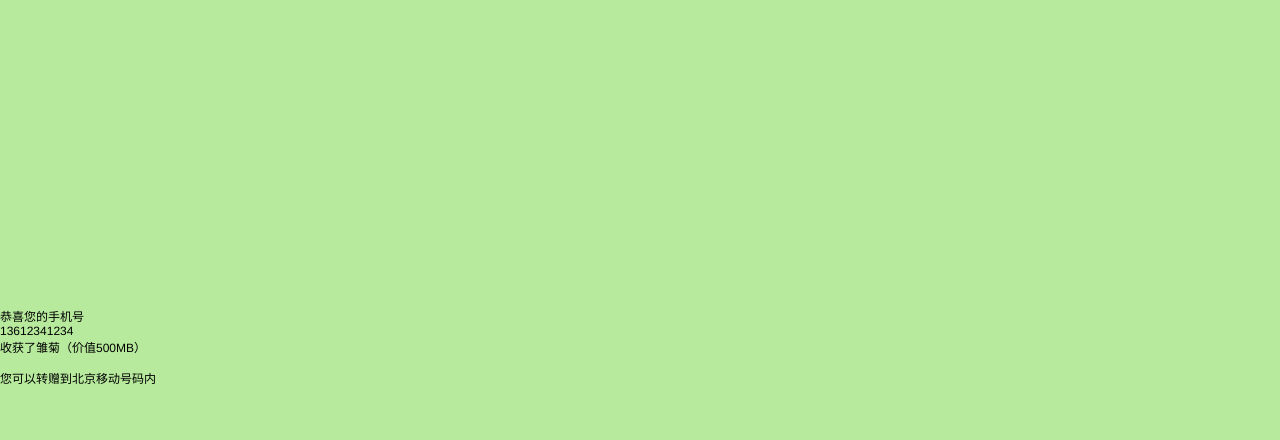
Repository: wangbiaozy/zh
Page: index.html
An editor plug-in stored every save of this project. The page is shown before and after the next save, followed by the edit.
The browser window is 1280 px wide. The pictures show the whole page.

Above is the page before, as saved 2019-03-18 17:36:00.
Console error: TypeError: Cannot read properties of undefined (reading 'style')

### index.html
<!DOCTYPE html>
<html lang="en">

<head>
    <meta charset="UTF-8">
    <meta name="viewport" content="width=device-width, initial-scale=1.0, maximum-scale=1.0, minimum-scale=1.0, user-scalable=no, viewport-fit=cover">
    <meta http-equiv="X-UA-Compatible" content="ie=edge">
    <title>北京移动</title>
    <link rel="stylesheet" href="css/reset.min.css">
    <link rel="stylesheet/less" href="css/styles.less">
    <script src="js/less-1.7.0.min.js"></script>
    <script src="js/jquery-1.10.1.min.js"></script>
    <script src="js/imgLoader.js"></script>
    <script>
        imgLoader([
            'images/banner.png',
            'images/bdsjh.png',
            'images/bg_01.png',
            'images/bg_02.png',
            'images/btn_cj.png',
            'images/btn_cjhd.png',
            'images/btn_dhff.png',
            'images/btn_dl.png',
            'images/btn_fshy.png',
            'images/btn_lj.png',
            'images/btn_qd.png',
            'images/btn_qdl.png',
            'images/btn_qr.png',
            'images/btn_qx.png',
            'images/btn_xg.png',
            'images/btn_zz.png',
            'images/c1.png',
            'images/c2.png',
            'images/c3.png',
            'images/c4.png',
            'images/c5.png',
            'images/card_1.png',
            'images/card_2.png',
            'images/card_3.png',
            'images/card_4.png',
            'images/card_5.png',
            'images/card.png',
            'images/close.png',
            'images/default.jpg',
            'images/erweima.png',
            'images/fire.gif',
            'images/fri_bg_01.png',
            'images/fri_bg_02.png',
            'images/fri_bg_03.png',
            'images/gongxi.png',
            'images/guang1.png',
            'images/guang2.png',
            'images/hdgz.png',
            'images/home_bg_01.png',
            'images/home_bg_02.png',
            'images/home_bg_03.png',
            'images/hyzl.png',
            'images/longjiao.png',
            'images/longshen.png',
            'images/longtou.png',
            'images/longwei.png',
            'images/longzhu.png',
            'images/longzhua.png',
            'images/rule_btn.png',
            'images/share.png',
            'images/sjhm.png',
            'images/start_btn.png',
            'images/submit.png',
            'images/tc_1_text.png',
            'images/tc_bg.png',
            'images/tc_card.png',
            'images/tc_title_1.png',
            'images/tc_title_2.png',
            'images/tc_title_3.png',
            'images/xxqr.png',
            'images/yun_1.png',
            'images/yun_2.png',
            'images/yun_3.png',
            'images/yun.png',
            'images/yzm.png'
        ], function (percentage) {
            var percentT = percentage * 100;
            $('.loader_info').html('Loading ' + (parseInt(percentT)) + '%');
            $('.loader_progress')[0].style.width = percentT + '%';
            if (percentage == 1) {
                /* $('.loader').remove();
                $('.home').show(); */
            }
        });
    </script>
</head>
<body>
    <!--loading-->
    <!-- <section class="loader">
        <div class="loader_info"></div>
        <div>
            <div class="loader_progress"></div>
        </div>
    </section> -->
    <!-- 首页 -->
    <section id="home" class="home">
        <div>
            <a href="javascript: void(0)" class="rule-btn"></a>
        </div>
        <div>
            <div></div>
        </div>
        <div>
            <a href="javascript: void(0)" id="start-btn"></a>
            <div>
                <p id="countDown"><i>倒计时：</i><span>7</span>天<span>00</span>时<span>00</span>分<span>00</span>秒</p>
            </div>
            <p>4月8日-4月14日&nbsp;&nbsp;&nbsp;&nbsp;活动将于4月14日结束，务必到期前领取</p>
        </div>
    </section>
    <!-- 活动规则页 -->
    <section id="rule" class="rule">
        <div>
            <div></div>
            <div>
                <ul>
                    <li>
                        <h3>一 活动时间：</h3>
                        <p>即日起——4月14日</p>
                        <h3>二 活动介绍：</h3>
                        <p>活动期间，用户通过北京移动微信公众号，可参与“天天种花得流量”活动。用户每天可获得一颗种子，通过添加物料（水、阳光、肥料），完成种植，收获花朵并获得对应流量奖品。</p>
                        <p>获取物料方法：</p>
                        <p>1、用户首次参与活动可领取水、阳光、肥料各1份。</p>
                        <p>2、分享活动给好友，邀请其助力赠送，可获得更多物料。（好友助力次数不限，但为同一用户仅可助力一次。）</p>
                        <h3>三 奖品规则：</h3>
                        <p>活动奖品包含：100MB、200MB、500MB、1GB、2GB、3GB全国流量，及部分免费业务体验资格、优惠业务办理资格。</p>
                        <p>（一）流量奖品</p>
                        <p>1.流量档位包括100MB、200MB、500MB、1GB、2GB、3GB全国流量；</p>
                        <p>2.奖品将于领取后15日内，自动充入用户的微信关注绑定手机号，流量自充入日起生效，有效期至本月月末；</p>
                        <p>3.活动赠送套外国内流量，优先级低于主套餐、可选包、短促包、定向流量包等，赠送流量无法共享，不可结转；</p>
                        <p>4.处于保留期、保号期、挂失、申停、欠停、转品牌过渡期的手机号；物联网卡、4G超级日租卡套餐、神州行开心听、语音套餐卡、神州行B标准资费基本策划等特殊资费用户无法领取赠送流量；</p>
                        <p>5.赠送流量每月仅可领取100次，超出上限不可领取；</p>
                        <p>6.北京移动用户抽中流量奖品后，自动充入关注绑定账户。非北京移动用户抽中流量奖品后可以转赠给北京移动手机号码。</p>
                        <p>（二）其它奖品</p>
                        <p>规则详见各奖品办理页面</p>
                        <p>温馨提示：</p>
                        <p>1、活动将于4月14日结束，请您务必于活动结束前完成领奖，逾期视为自动放弃奖品。</p>
                        <p>2、活动页面内可手动关闭活动提醒。如不关闭，默认每天发放服务通知，提醒用户活动状态已更新。</p>
                    </li>
                </ul>
                <a href="javascript:void(0)">确定</a>
            </div>
        </div>
        <div></div>
    </section>
    <!-- 主页 -->
    <section id="main" class="main">
        <div>
            <a href="javascript:void(0)" class="rule-btn"></a>
            <a href="javascript:void(0)" class="method-btn"></a>
            <div>
                <a href="javascript:void(0)"></a>
                <p>活动通知</p>
            </div>
        </div>
        <div>
            <div></div>
        </div>
        <div>
            <ul>
                <li>
                    <span>3</span>
                </li>
                <li>
                    <span>3</span>
                </li>
                <li>
                    <span>3</span>
                </li>
            </ul>
            <ul>
                <li>奖励花园</li>
                <li>获取能量</li>
            </ul>
        </div>
        <div>
            <h3></h3>
            <ul>
                <p>您还没有好友给您助力哦~</p>
                <!-- <li>
                    <div>
                        <img src="./images/fri_default.png" alt="">
                    </div>
                    <p>胖子胖子胖子胖子</p>
                    <p>帮忙增加了<span>肥料</span></p>
                    <p>3月1日</p>
                </li> -->
            </ul>
        </div>
    </section>
    <!-- 玩法锦囊页 -->
    <section id="method" class="method">
        <div></div>
        <div></div>
        <div></div>
        <div></div>
        <div></div>
        <a href="javascript: void(0)">确定</a>
    </section>
    <!-- 我的奖励花园页 -->
    <section id="gift" class="gift">
        <div>
            <div>
                <div></div>
                <ul>
                    <li>
                        <img src="./images/flower_0.png" alt="">
                        <a href="javascript: void(0)"></a>
                    </li>
                    <li>
                        <img src="./images/flower_0.png" alt="">
                        <a href="javascript: void(0)"></a>
                    </li>
                    <li>
                        <img src="./images/flower_0.png" alt="">
                        <a href="javascript: void(0)"></a>
                    </li>
                    <li>
                        <img src="./images/flower_0.png" alt="">
                        <a href="javascript: void(0)"></a>
                    </li>
                    <li>
                        <img src="./images/flower_0.png" alt="">
                        <a href="javascript: void(0)"></a>
                    </li>
                    <li>
                        <img src="./images/flower_0.png" alt="">
                        <a href="javascript: void(0)"></a>
                    </li>
                    <li>
                        <img src="./images/flower_0.png" alt="">
                        <a href="javascript: void(0)"></a>
                    </li>
                </ul>
                <div></div>
                <a href="javascript: void(0)">返回</a>
            </div>
        </div>
        <div></div>
    </section>
    <!-- 二维码页 -->
    <section id="code" class="code">
        <div>
            <div>
                <div>
                    <p>亲爱的用户<br>天天种花得流量活动邀你参加<br>天天有惊喜哦~</p>
                </div>
                <div>
                    <div>
                        <img src="./images/erweima.jpg" alt="">
                    </div>
                </div>
            </div>
        </div>
        <div></div>
    </section>
    <!-- 添加物料弹窗 -->
    <section class="model addModel message-model">
        <div>
            <p>您已成功为种子<br><span>添加了阳光</span><br>种子已进入<span>成熟</span>期<br>快来看看吧</p>
        </div>
        <a href="javascript: void(0)">确定</a>
    </section>
    <!-- 发送好友弹窗 -->
    <section class="model to-friend message-model">
        <div>
            <p>您需要积攒能量<br>才能种出神秘花朵<br>还有抽大奖的机会哦<br>快请好友帮忙吧</p>
        </div>
        <a href="javascript:void(0)">发送好友</a>
    </section>
    <!-- 开始 种子弹窗 -->
    <section class="model tc-0">
        <div>
            <p>恭喜您已经播种了<br>一颗神秘种子<br>快去养育TA～</p>
            <div></div>
            <p>看看可以收获什么花吧！！</p>
            <p>送您阳光、水壶、肥料各一份</p>
        </div>
        <a href="javascript:void(0)">确定</a>
    </section>
    <!-- 本网获得流量弹窗 -->
    <section class="model tc-1">
        <div>
            <p>恭喜您的手机号</p>
            <p>15910943650</p>
            <p>收货了<span>雏菊</span>（价值<span>500MB</span>）</p>
            <img src="./images/flower_tc_1.png" alt="">
            <p>流量将于7日内到账</p>
            <p>有效期至本月月末</p>
            <a href=""></a>
        </div>
        <a href="javascript:void(0)">确定</a>
    </section>
    <!-- 异网流量弹窗 1-->
    <section class="model tc-2">
        <div>
            <p>恭喜您的手机号</p>
            <p>13612341234</p>
            <p>收获了雏菊（价值<span>500MB</span>）</p>
            <img src="" alt="">
            <p>您可以转赠到北京移动号码内</p>
        </div>
    </section>
    <!-- 分享浮层 -->
    <section class="share">
        <div>
            <span></span>
        </div>
    </section>
    <!-- 遮罩层 -->
    <section class="mask" id="mask"></section>
</body>
</html>
<script src="js/index.js"></script>

### css/reset.min.css
@charset "utf-8";
/*默认样式清除和初始化*/
body,h1,h2,h3,h4,h5,h6,hr,p,blockquote,dl,dt,dd,ul,ol,li,button,input,textarea,th,td{margin:0;padding:0}body{font-size:12px;font-style:normal;font-family:"\5FAE\8F6F\96C5\9ED1",Helvetica,sans-serif}small{font-size:12px}h1{font-size:18px}h2{font-size:16px}h3{font-size:14px}h4,h5,h6{font-size:100%}ul,ol{list-style:none}a{text-decoration:none;background-color:transparent}a:hover,a:active{outline-width:0;text-decoration:none}table{border-collapse:collapse;border-spacing:0}hr{border:0;height:1px}img{border-style:none}img:not([src]){display:none}svg:not(:root){overflow:hidden}html{-webkit-touch-callout:none;-webkit-text-size-adjust:100%}input,textarea,button,a{-webkit-tap-highlight-color:rgba(0,0,0,0)}article,aside,details,figcaption,figure,footer,header,main,menu,nav,section,summary{display:block}audio,canvas,progress,video{display:inline-block}audio:not([controls]),video:not([controls]){display:none;height:0}progress{vertical-align:baseline}mark{background-color:#ff0;color:#000}sub,sup{position:relative;font-size:75%;line-height:0;vertical-align:baseline}sub{bottom:-0.25em}sup{top:-0.5em}button,input,select,textarea{font-size:100%;outline:0}button,input{overflow:visible}button,select{text-transform:none}textarea{overflow:auto}button,html [type="button"],[type="reset"],[type="submit"]{-webkit-appearance:button}button::-moz-focus-inner,[type="button"]::-moz-focus-inner,[type="reset"]::-moz-focus-inner,[type="submit"]::-moz-focus-inner{border-style:none;padding:0}button:-moz-focusring,[type="button"]:-moz-focusring,[type="reset"]:-moz-focusring,[type="submit"]:-moz-focusring{outline:1px dotted ButtonText}[type="checkbox"],[type="radio"]{box-sizing:border-box;padding:0}[type="number"]::-webkit-inner-spin-button,[type="number"]::-webkit-outer-spin-button{height:auto}[type="search"]{-webkit-appearance:textfield;outline-offset:-2px}[type="search"]::-webkit-search-cancel-button,[type="search"]::-webkit-search-decoration{-webkit-appearance:none}::-webkit-input-placeholder{color:inherit;opacity:.54}::-webkit-file-upload-button{-webkit-appearance:button;font:inherit}.clear:after{display:block;height:0;content:"";clear:both}
*{ -webkit-tap-highlight-color: rgba(0,0,0,0);-webkit-tap-highlight-color: transparent; /* For some Androids */ }

### js/imgLoader.js
/**
 * Created by wangbiaozy on 2017/12/11.
 */
(function () {
    function isArray(obj) {
        return Object.prototype.toString.call(obj) === '[object Array]';
    }

    /**
     * @param imgList 要加载的图片地址列表，['aa/asd.png','aa/xxx.png']
     * @param callback 每成功加载一个图片之后的回调，并传入“已加载的图片总数/要加载的图片总数”表示进度
     * @param timeout 每个图片加载的超时时间，默认为5s
     */
    var loader = function (imgList, callback, timeout) {
        timeout = timeout || 5000;
        imgList = isArray(imgList) && imgList || [];
        callback = typeof(callback) === 'function' && callback;

        var total = imgList.length,
            loaded = 0,
            imgages = [],
            _on = function () {
                loaded < total && (++loaded, callback && callback(loaded / total));
            };

        if (!total) {
            return callback && callback(1);
        }

        for (var i = 0; i < total; i++) {
            imgages[i] = new Image();
            imgages[i].onload = imgages[i].onerror = _on;
            imgages[i].src = imgList[i];
        }

        /**
         * 如果timeout * total时间范围内，仍有图片未加载出来（判断条件是loaded < total），通知外部环境所有图片均已加载
         * 目的是避免用户等待时间过长
         */
        setTimeout(function () {
            loaded < total && (loaded = total, callback && callback(loaded / total));
        }, timeout * total);

    };

    "function" === typeof define && define.cmd ? define(function () {
        return loader
    }) : window.imgLoader = loader;
})();

Loaded but not shown: js/less-1.7.0.min.js (library); js/jquery-1.10.1.min.js (library); js/index.js (497 lines, source omitted)

After the next save:
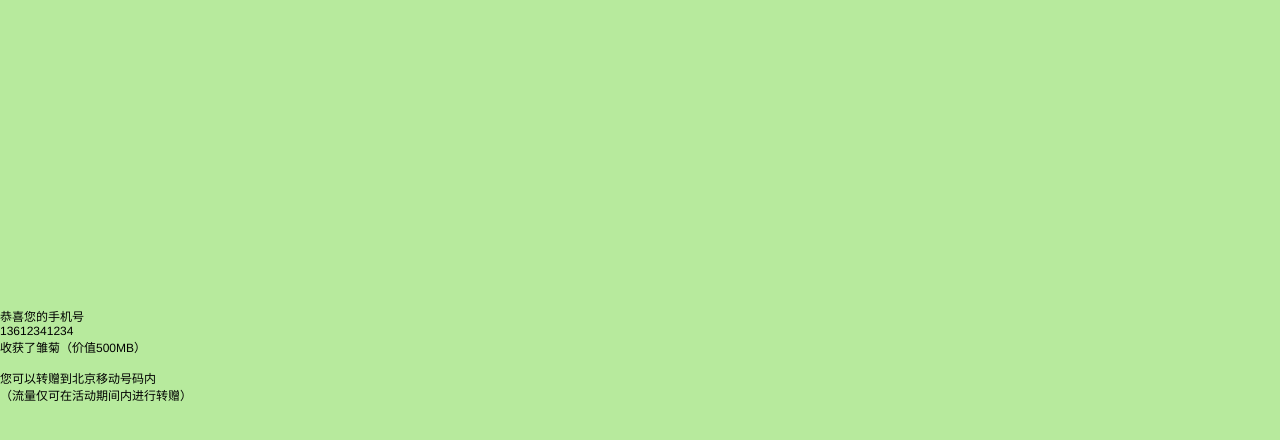
Saved 27 s later.
--- a/index.html
+++ b/index.html
@@ -304,6 +304,7 @@
             <p>收获了雏菊（价值<span>500MB</span>）</p>
             <img src="" alt="">
             <p>您可以转赠到北京移动号码内</p>
+            <p>（流量仅可在活动期间内进行转赠）</p>
         </div>
     </section>
     <!-- 分享浮层 -->
